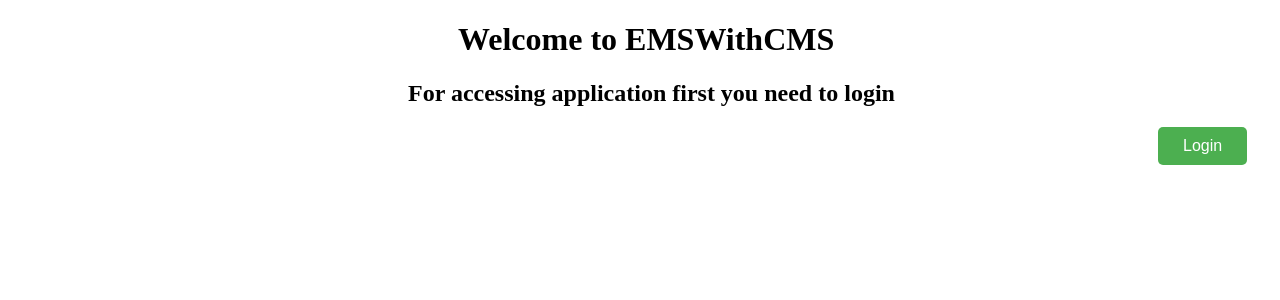
Repository: varnittyagi120/javaproject2
Page: eclipse-workspaceone/CMSWithEMSUsingServletInOptmiseWay/WebContent/index.html
An editor plug-in stored every save of this project. The page is shown before and after the next save, followed by the edit.
The browser window is 1280 px wide. The pictures show the whole page.

Above is the page before, as saved 2019-11-19 09:27:57.

### eclipse-workspaceone/CMSWithEMSUsingServletInOptmiseWay/WebContent/index.html
<!DOCTYPE html>
<html>
<style>
.button{
  background-color: #4CAF50;
  border: none;
  color: white;
  padding: 10px 25px;
  text-align: center;
  text-decoration: none;
  display: inline-block;
  font-size: 16px;

  border-radius:5px;
}

</style>
<body>
        <h1 style="margin-left:450px;">Welcome to EMSWithCMS</h1>
        <h2 style="margin-left:400px;">For accessing application first you need to login</h2>
	    <a href = "LogIn"><button style='margin-left:1150px'class="button" >Login</button></a><br><br>
</body>
</html>

After the next save:
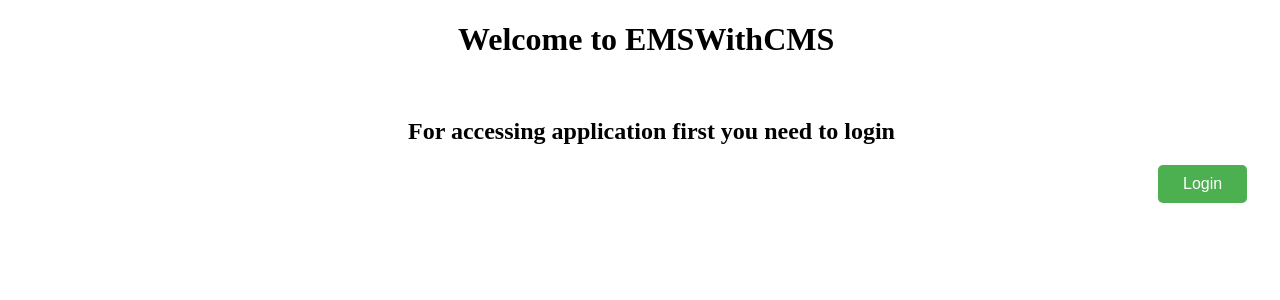
Saved 79 s later.
--- a/eclipse-workspaceone/CMSWithEMSUsingServletInOptmiseWay/WebContent/index.html
+++ b/eclipse-workspaceone/CMSWithEMSUsingServletInOptmiseWay/WebContent/index.html
@@ -16,7 +16,7 @@
 
 </style>
 <body>
-        <h1 style="margin-left:450px;">Welcome to EMSWithCMS</h1>
+        <h1 style="margin-left:450px;">Welcome to EMSWithCMS</h1><br>
         <h2 style="margin-left:400px;">For accessing application first you need to login</h2>
 	    <a href = "LogIn"><button style='margin-left:1150px'class="button" >Login</button></a><br><br>
 </body>

After the save that followed:
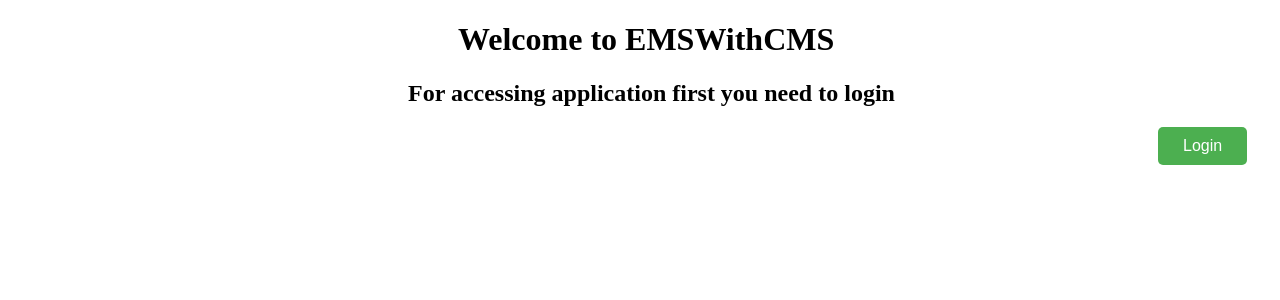
Saved 5 s later.
--- a/eclipse-workspaceone/CMSWithEMSUsingServletInOptmiseWay/WebContent/index.html
+++ b/eclipse-workspaceone/CMSWithEMSUsingServletInOptmiseWay/WebContent/index.html
@@ -16,7 +16,7 @@
 
 </style>
 <body>
-        <h1 style="margin-left:450px;">Welcome to EMSWithCMS</h1><br>
+        <h1 style="margin-left:450px;">Welcome to EMSWithCMS</h1>
         <h2 style="margin-left:400px;">For accessing application first you need to login</h2>
 	    <a href = "LogIn"><button style='margin-left:1150px'class="button" >Login</button></a><br><br>
 </body>
